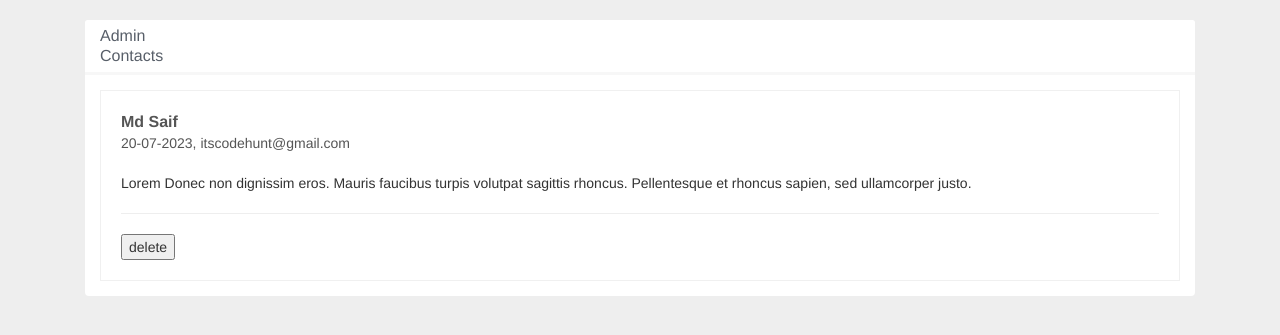
Repository: Tanmay-Kayande/Myportfolio
Page: http://localhost/myproject/read-message.jsp
An editor plug-in stored every save of this project. The page is shown before and after the next save, followed by the edit.
The browser window is 1280 px wide. The pictures show the whole page.
Some icons come from a web library that is not loaded, so they are not drawn. Some web libraries are served in a nearby version. The page is served by Tomcat 9. The session is filled in as if someone had signed in: {"login": "exist"}.

Above is the page before, as saved 2024-01-19 12:08:39.

After the next save:
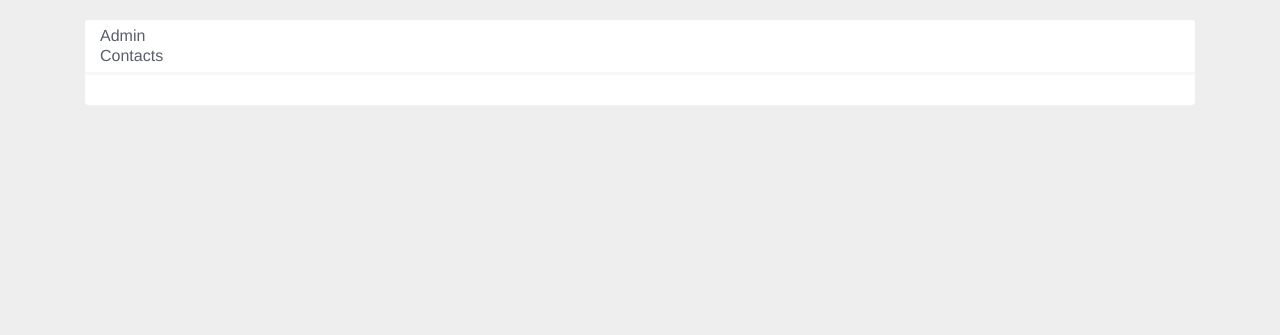
Saved 45 s later.
--- a/myproject/src/main/webapp/read-message.jsp
+++ b/myproject/src/main/webapp/read-message.jsp
@@ -140,6 +140,7 @@ body {
 
 						<%
 							ArrayList<Object> al =  new MessageDao().read();
+							for(Object o:al){
 
 						%>
 
@@ -171,7 +172,7 @@ body {
 							</div>
 							<i class="fa-sharp fa-regular fa-calendar-days"></i>
 						</div>
-
+					<%} %>
 						<!-- LOOP -->
 
 					</div>
